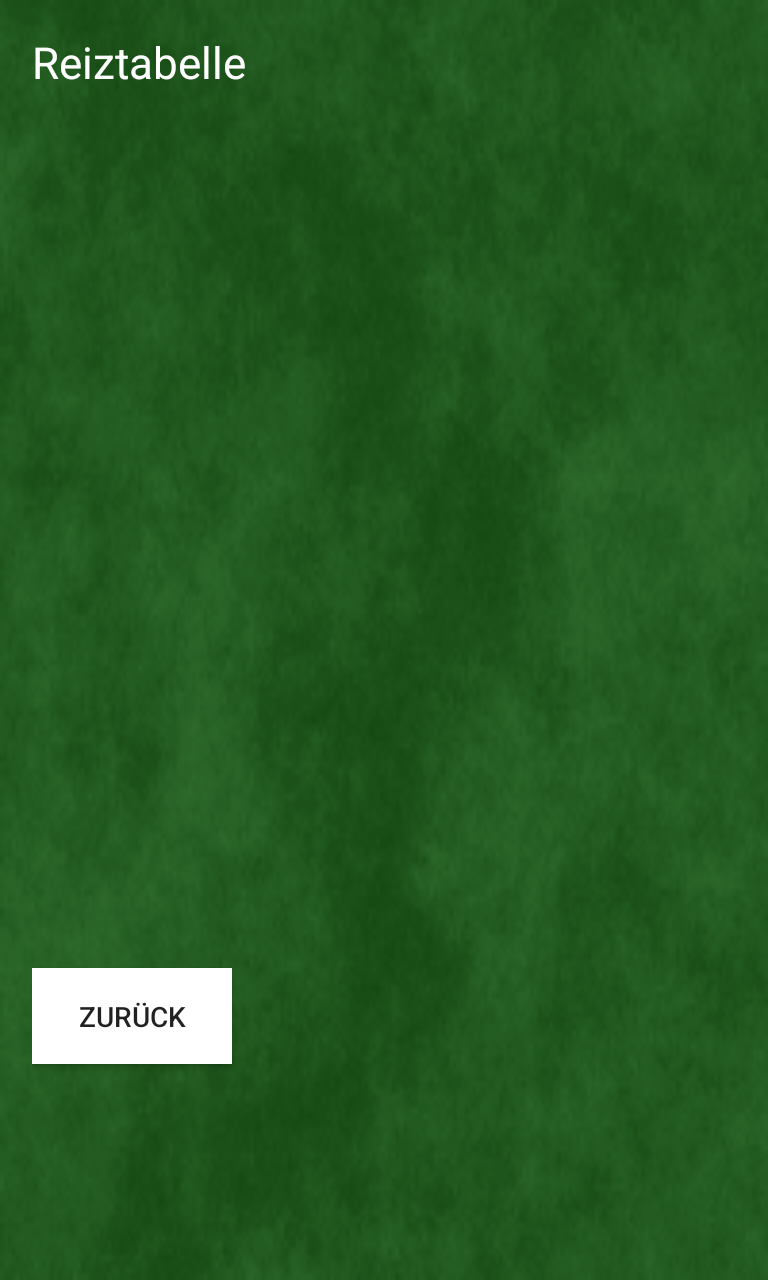
Repository: razinanu/InSy-Skat
Layout: InSy-Skat/res/layout/fragment_result.xml
These files come from the project's save history. The layout is drawn as it stood at one moment and after the next save; the edit follows.
It is drawn on a 768 x 1280 px phone screen (xhdpi) without system bars, with theme AppThemeWithoutActionBarTitle; the app's code is not run. Lists and similar views that code fills are empty.

Above is the layout before, as saved 2014-06-21 12:15:26.

After the next save:
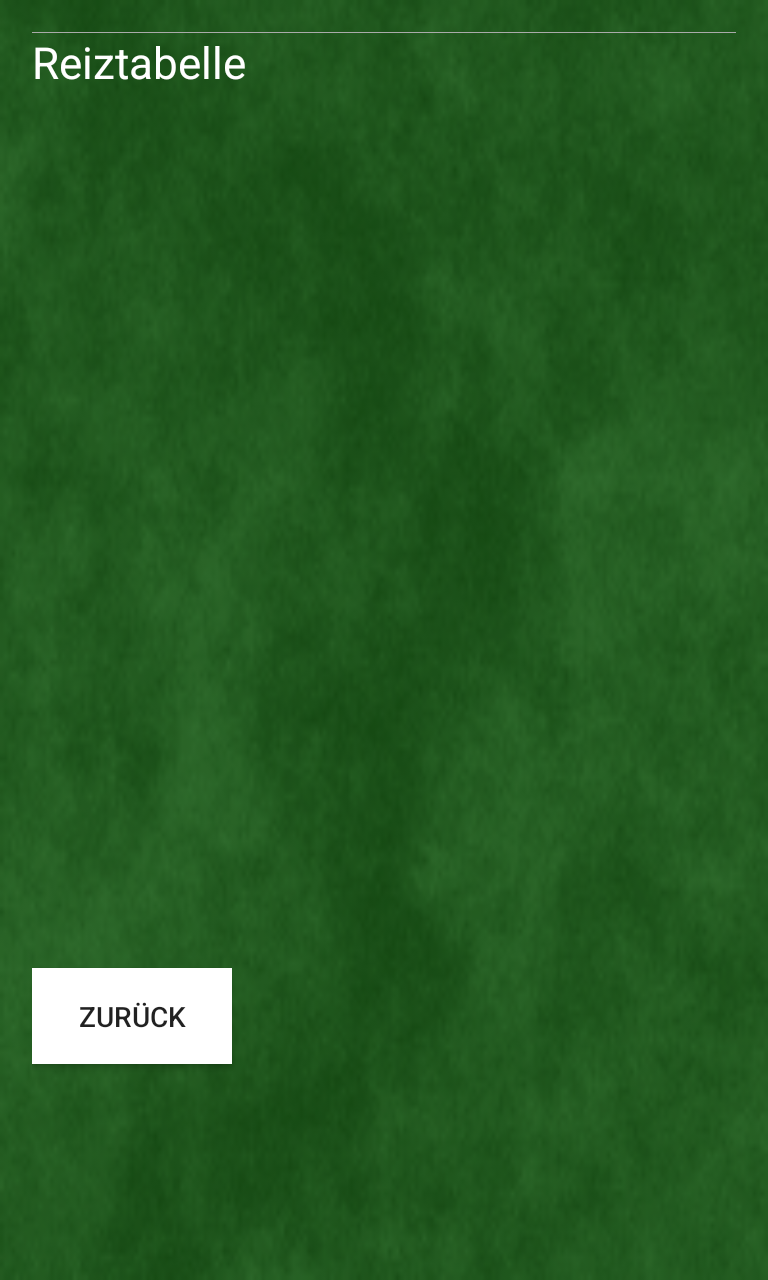
Saved 74 s later.
--- a/InSy-Skat/res/layout/fragment_result.xml
+++ b/InSy-Skat/res/layout/fragment_result.xml
@@ -32,15 +32,11 @@
         android:orientation="vertical" >
     </LinearLayout>
 </ScrollView>
-<ListView
-    android:id="@+id/listView"
-    android:layout_width="match_parent"
-    android:layout_height="match_parent"
-    android:layout_below="@+id/reizTabelleText"
-    android:layout_centerHorizontal="true"
-    android:layout_marginTop="16dp"
-   android:layout_marginBottom="80dp">
-</ListView>
+    <View
+                android:layout_width="fill_parent"
+                android:layout_height="0.2dp"
+                android:visibility="visible"
+                android:background="@android:color/darker_gray"/>
 
 <Button
     android:id="@+id/backbutton"

After the 2 saves that followed:
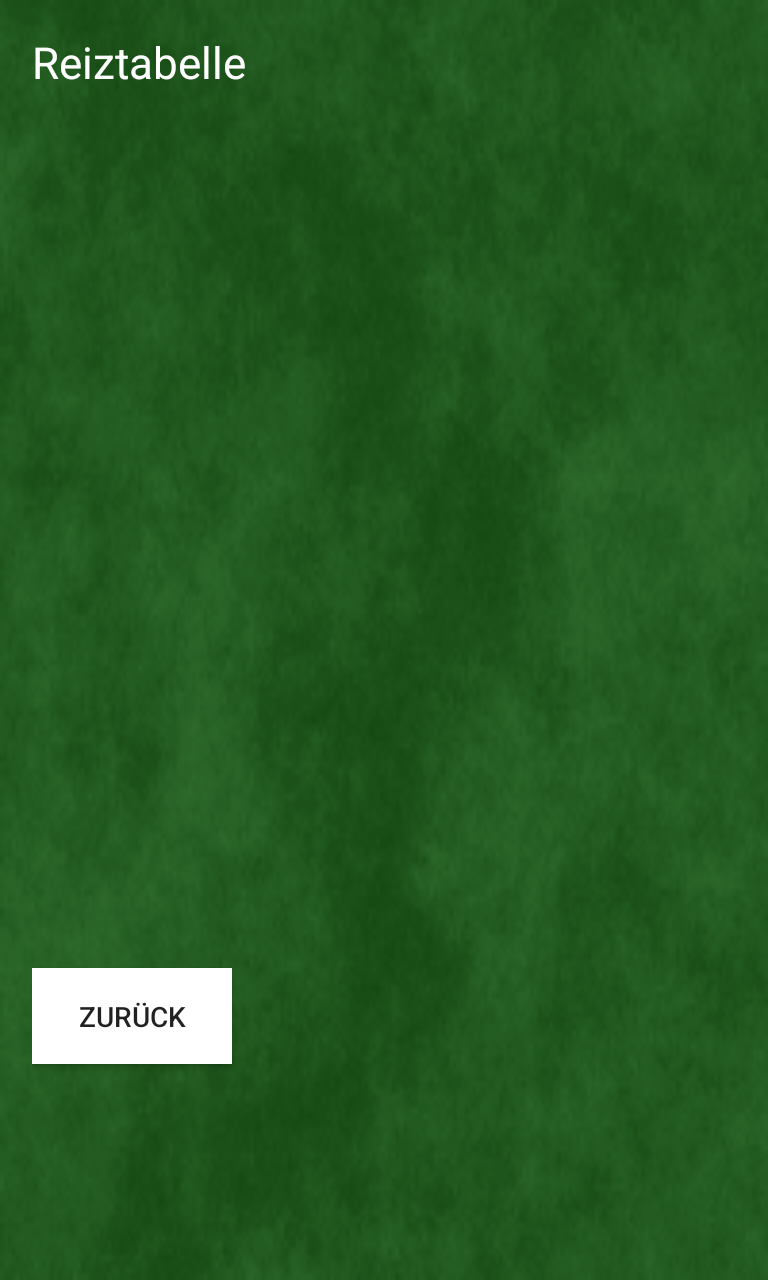
The 2 saves are shown as one change because 1 left the picture as it was.
The last was saved 5 min 22 s later.
--- a/InSy-Skat/res/layout/fragment_result.xml
+++ b/InSy-Skat/res/layout/fragment_result.xml
@@ -32,11 +32,7 @@
         android:orientation="vertical" >
     </LinearLayout>
 </ScrollView>
-    <View
-                android:layout_width="fill_parent"
-                android:layout_height="0.2dp"
-                android:visibility="visible"
-                android:background="@android:color/darker_gray"/>
+
 
 <Button
     android:id="@+id/backbutton"
